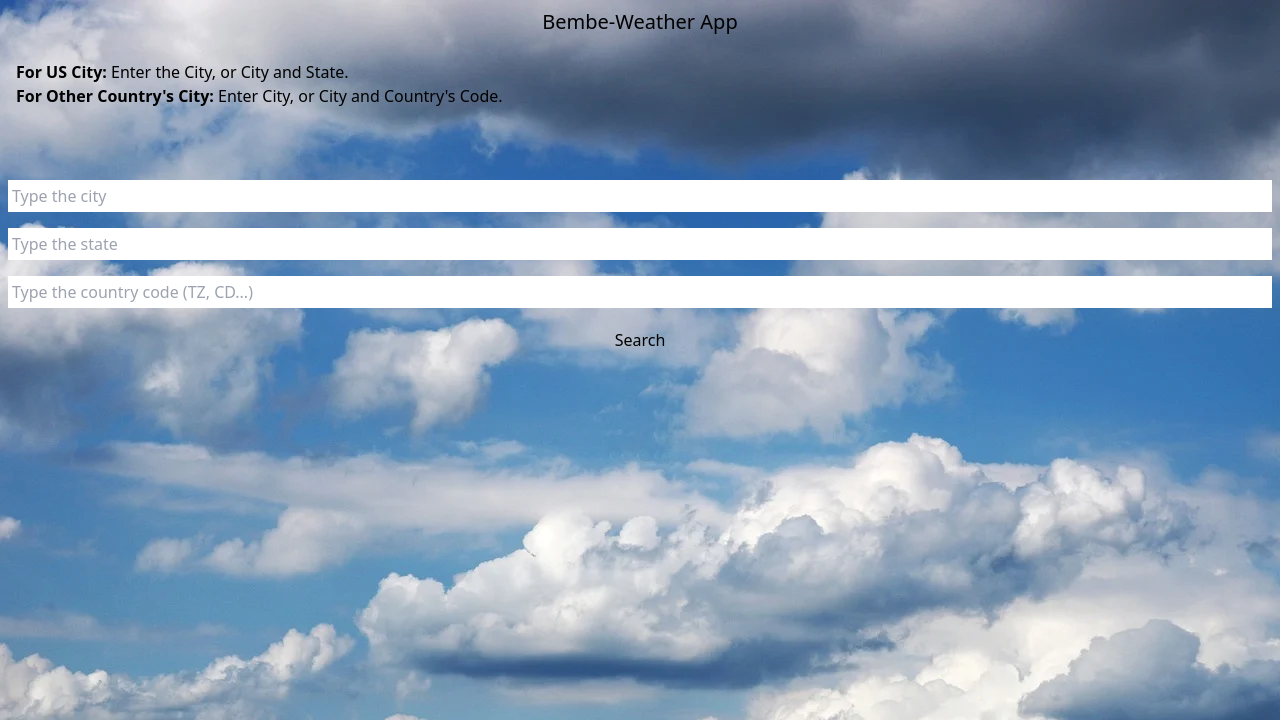
Repository: ShindanoSingi/bembe-weather
Page: /
The author's editor kept a copy of each file at every save. The page is drawn from the files as they stood at one save, then again after the next save.
The browser window is 1280 px wide. The pictures show the whole page.
The page's requests for data from a server got no answer. The project was rebuilt for these pictures with package versions that can differ from the ones it lists, and the page was loaded fresh each time. No one was signed in, and anything a server would have sent is missing.

Above is the page before, as saved 2022-09-14 03:10:36.

After the next save:
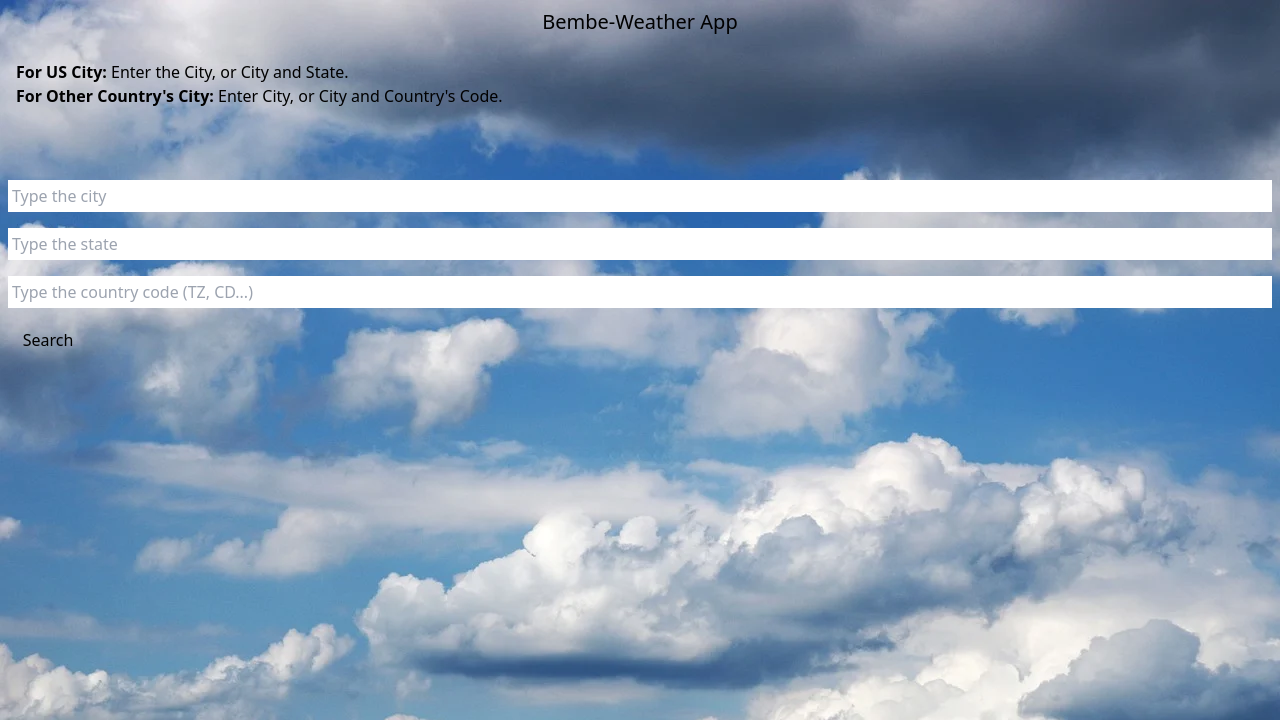
Saved 16 s later.
--- a/src/components/SearchForm.js
+++ b/src/components/SearchForm.js
@@ -46,7 +46,7 @@ const SearchForm = ({
         {/* City Input */}
 
 
-        <button className="p-1 submitButton" type="submit">
+        <button className="w-24 p-1 submitButton" type="submit">
           Search
         </button>
       </form>
